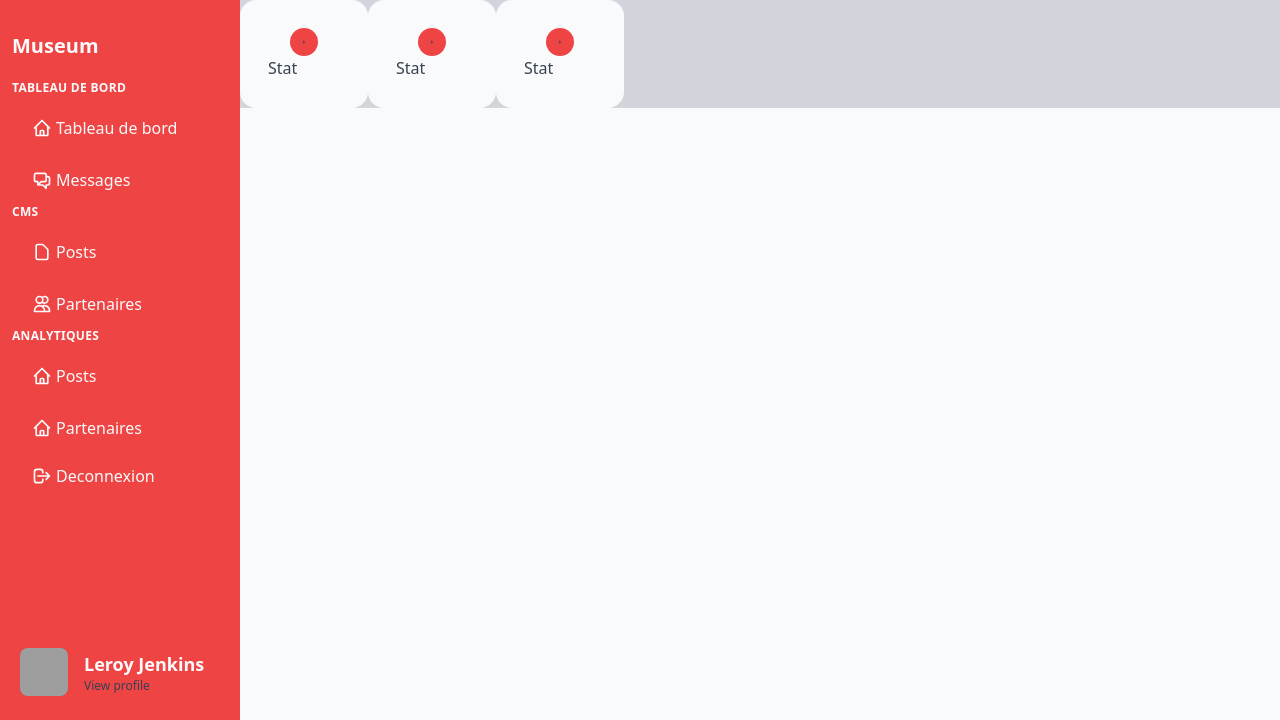
Repository: erulabs243/museum
Page: /dashboard
These files come from the project's save history. The page is drawn as it stood at one moment and after the next save; the edit follows.
The browser window is 1280 px wide. The pictures show the whole page.
Pictures or frames that could not be fetched are drawn as grey boxes. The project was rebuilt for these pictures with package versions that can differ from the ones it lists, and the page was loaded fresh each time. Also part of the build but not shown: vite.config.js, src/pages/admin/Home.jsx, src/components/atoms/headers/NavLink.jsx, src/components/atoms/headers/Button.jsx, src/components/atoms/TagBadge.jsx, src/components/atoms/MyAudioPlayer.jsx, src/components/atoms/MyVideoPlayer.jsx, src/components/atoms/MediaCard.jsx and 23 more.

Above is the page before, as saved 2022-08-10 20:36:11.

### index.html
<!DOCTYPE html>
<html lang="en">
  <head>
    <meta charset="UTF-8" />
    <link rel="icon" type="image/svg+xml" href="/vite.svg" />
    <link rel="stylesheet" href="src/theme/App.css">
    <meta name="viewport" content="width=device-width, initial-scale=1.0" />
    <title>Museum...</title>
  </head>
  <body class="bg-gray-50">
    <div id="root"></div>
    <script type="module" src="/src/main.jsx"></script>
  </body>
</html>

### src/App.jsx
'use strict';

import { BrowserRouter, Route, Routes } from 'react-router-dom';
import { AdminRoutes, CommonsRoutes, UserRoutes, AuthRoutes } from './routes';

const App = () => {
    return (
        <BrowserRouter>
            <Routes>
                {AuthRoutes.map((route) => (
                    <Route path={route.path} key={route.path} element={route.element} />
                ))}
                {UserRoutes.map((route) => (
                    <Route path={route.path} key={route.path} element={route.element} />
                ))}
                {AdminRoutes.map((route) => (
                    <Route path={route.path} key={route.path} element={route.element} />
                ))}
                {CommonsRoutes.map((route) => (
                    <Route path={route.path} key={route.path} element={route.element} />
                ))}
            </Routes>
        </BrowserRouter>
    );
};

export default App;

### src/routes/index.jsx
'use strict';

import AdminRoutes from "./AdminRoutes";
import CommonsRoutes from "./CommonsRoutes";
import UserRoutes from "./UserRoutes";
import AuthRoutes from "./AuthRoutes";

export {UserRoutes, AdminRoutes, CommonsRoutes, AuthRoutes};

### src/routes/AdminRoutes.jsx
'use strict';

import { Contact, Dashboard, Post } from '../pages/admin';

const AdminRoutes = [
    {
        path: '/dashboard',
        element: <Dashboard />
    },
    {
        path: '/post',
        element: <Post />
    },
    {
        path: '/contacts',
        element: <Contact />
    }
];

export default AdminRoutes;

### src/routes/CommonsRoutes.jsx
'use strict';

import { NotFound } from '../pages/commons';

const CommonsRoutes = [
    {
        path: '*',
        element: <NotFound />
    }
];

export default CommonsRoutes;

### src/routes/UserRoutes.jsx
'use strict';

import {
    About,
    Contact,
    Gallery,
    Home,
    Library,
    Podcast,
    Story,
    Testimonials,
    Videos
} from '../pages/user';

const UserRoutes = [
    {
        path: '/',
        element: <Home />
    },
    {
        path: '/contact',
        element: <Contact />
    },
    {
        path: '/library',
        element: <Library />
    },
    {
        path: '/stories',
        element: <Testimonials />
    },
    {
        path: '/stories/:slug',
        element: <Story />
    },
    {
        path: '/gallery',
        element: <Gallery />
    },
    {
        path: '/videos',
        element: <Videos />
    },
    {
        path: '/podcast',
        element: <Podcast />
    },
    {
        path: '/about',
        element: <About />
    }
];

export default UserRoutes;

### src/routes/AuthRoutes.jsx
'use strict';

import { Login } from '../pages/auth';

const AuthRoutes = [
    {
        path: '/login',
        element: <Login />
    }
];

export default AuthRoutes;

### src/pages/admin/index.jsx
'use strict';

import Home from './Home';
import Dashboard from './Dashboard';
import Contact from './Contact';
import Post from './Post';

export { Home, Dashboard, Contact, Post };

### src/pages/commons/index.jsx
'use strict';

import NotFound from './NotFound';

export { NotFound };

### src/pages/user/index.jsx
'use strict';

import Blog from './Blog';
import Contact from './Contact';
import Gallery from './Gallery';
import Library from './Library';
import Podcast from './Podcast';
import Testimonials from './Testimonials';
import Videos from './Videos';
import Home from './Home';
import Story from './Story';
import About from './About';

export { Home, Blog, Contact, Gallery, Library, Podcast, Testimonials, Videos, Story, About };

### src/pages/auth/index.jsx
'use strict';

import Login from "./Login";

export {Login};

### src/pages/admin/Dashboard.jsx
'use strict';

import { OverviewStat } from '../../components/atoms';
import { AdminSidebar } from '../../components/sections';

const Dashboard = () => {
    return (
        <main className="bg-gray-300 flex flex-row">
            <AdminSidebar />

            <aside className="flex flex-row">
                <div className="w-60"></div>
                <div>
                    {/* OVERVIEW */}
                    <section className="flex flex-row justify-between w-full">
                        {[...Array(3)].map((elt, idx) => (
                            <OverviewStat key={idx} />
                        ))}
                    </section>
                </div>
            </aside>
        </main>
    );
};

export default Dashboard;

### src/components/atoms/index.jsx
'use strict';

import NavLink from './headers/NavLink';
import Button from './headers/Button';
import TagBadge from './TagBadge';
import MyAudioPlayer from './MyAudioPlayer';
import MyVideoPlayer from './MyVideoPlayer';
import MediaCard from './MediaCard';
import OverviewStat from './OverviewStat';

export { Button, NavLink, TagBadge, MyAudioPlayer, MyVideoPlayer, MediaCard, OverviewStat };

### src/components/sections/index.jsx
'use strict';

import Navbar from './Navbar';
import Footer from './Footer';
import Testimonial from './Testimonial';
import LibraryHeader from './LibraryHeader';
import Pagination from './Pagination';
import Article from './Article';
import Image from './Image';
import Modal from './Modal';
import AdminSidebar from './AdminSidebar';

export {
    Navbar,
    Footer,
    Testimonial,
    LibraryHeader,
    Pagination,
    Article,
    Image,
    Modal,
    AdminSidebar
};

### src/components/atoms/OverviewStat.jsx
'use strict';

import { UserAddIcon } from '@heroicons/react/solid';

const OverviewStat = () => {
    return (
        <div className="w-32 bg-gray-50 rounded-2xl p-7 text-gray-700">
            <UserAddIcon className="w-7 h-7 mx-auto p-3 bg-red-500 rounded-full" />
            <h1>Stat</h1>
        </div>
    );
};

export default OverviewStat;

### src/components/sections/AdminSidebar.jsx
'use strict';

import {
    HomeIcon,
    LogoutIcon,
    ChatAlt2Icon,
    DocumentIcon,
    UsersIcon
} from '@heroicons/react/outline';
import { Link } from 'react-router-dom';

const AdminSidebar = () => {
    return (
        <div className="flex flex-col h-screen p-3 w-60 bg-red-500 text-gray-50 fixed top-0">
            <div className="flex flex-col py-5 font-semibold text-xl">
                <Link to="/dashboard" className="text-gray-50">
                    Museum
                </Link>
            </div>

            <div className="space-y-2">
                <h2 className="text-xs font-semibold tracking-wide uppercase dark:text-gray-700">
                    Tableau de bord
                </h2>
                <div className="flex flex-col space-y-1">
                    <a
                        rel="noopener noreferrer"
                        href="#"
                        className="flex flex-row items-center py-3 px-5 rounded-lg hover:bg-gray-700">
                        <HomeIcon className="w-5 h-5 mr-1" />
                        <span>Tableau de bord</span>
                    </a>
                    <a
                        rel="noopener noreferrer"
                        href="#"
                        className="flex flex-row items-center py-3 px-5 rounded-lg hover:bg-gray-700">
                        <ChatAlt2Icon className="w-5 h-5 mr-1" />
                        <span>Messages</span>
                    </a>
                </div>
            </div>
            <div className="space-y-2">
                <h2 className="text-xs font-semibold tracking-wide uppercase dark:text-gray-700">
                    CMS
                </h2>
                <div className="flex flex-col space-y-1">
                    <a
                        rel="noopener noreferrer"
                        href="#"
                        className="flex flex-row items-center py-3 px-5 rounded-lg hover:bg-gray-700">
                        <DocumentIcon className="w-5 h-5 mr-1" />
                        <span>Posts</span>
                    </a>
                    <a
                        rel="noopener noreferrer"
                        href="#"
                        className="flex flex-row items-center py-3 px-5 rounded-lg hover:bg-gray-700">
                        <UsersIcon className="w-5 h-5 mr-1" />
                        <span>Partenaires</span>
                    </a>
                </div>
            </div>
            <div className="space-y-2">
                <h2 className="text-xs font-semibold tracking-wide uppercase dark:text-gray-700">
                    Analytiques
                </h2>
                <div className="flex flex-col space-y-1">
                    <a
                        rel="noopener noreferrer"
                        href="#"
                        className="flex flex-row items-center py-3 px-5 rounded-lg hover:bg-gray-700">
                        <HomeIcon className="w-5 h-5 mr-1" />
                        <span>Posts</span>
                    </a>
                    <a
                        rel="noopener noreferrer"
                        href="#"
                        className="flex flex-row items-center py-3 px-5 rounded-lg hover:bg-gray-700">
                        <HomeIcon className="w-5 h-5 mr-1" />
                        <span>Partenaires</span>
                    </a>
                </div>
            </div>
            <div className="space-y-2">
                <div className="flex flex-col space-y-1">
                    <a
                        rel="noopener noreferrer"
                        href="#"
                        className="flex flex-row items-center py-3 px-5 rounded-lg hover:bg-gray-700">
                        <LogoutIcon className="w-5 h-5 mr-1" />
                        <span>Deconnexion</span>
                    </a>
                </div>
            </div>
            <div className="flex items-center p-2 mt-12 space-x-4 justify-self-end absolute bottom-4">
                <img
                    src="https://source.unsplash.com/100x100/?portrait"
                    alt=""
                    className="w-12 h-12 rounded-lg bg-gray-500"
                />
                <div>
                    <h2 className="text-lg font-semibold">Leroy Jenkins</h2>
                    <span className="flex items-center space-x-1">
                        <a
                            rel="noopener noreferrer"
                            href="#"
                            className="text-xs hover:underline text-gray-700">
                            View profile
                        </a>
                    </span>
                </div>
            </div>
        </div>
    );
};

export default AdminSidebar;

Loaded but not shown: src/main.jsx (common file); src/theme/App.css (2450 lines, source omitted)

After the next save:
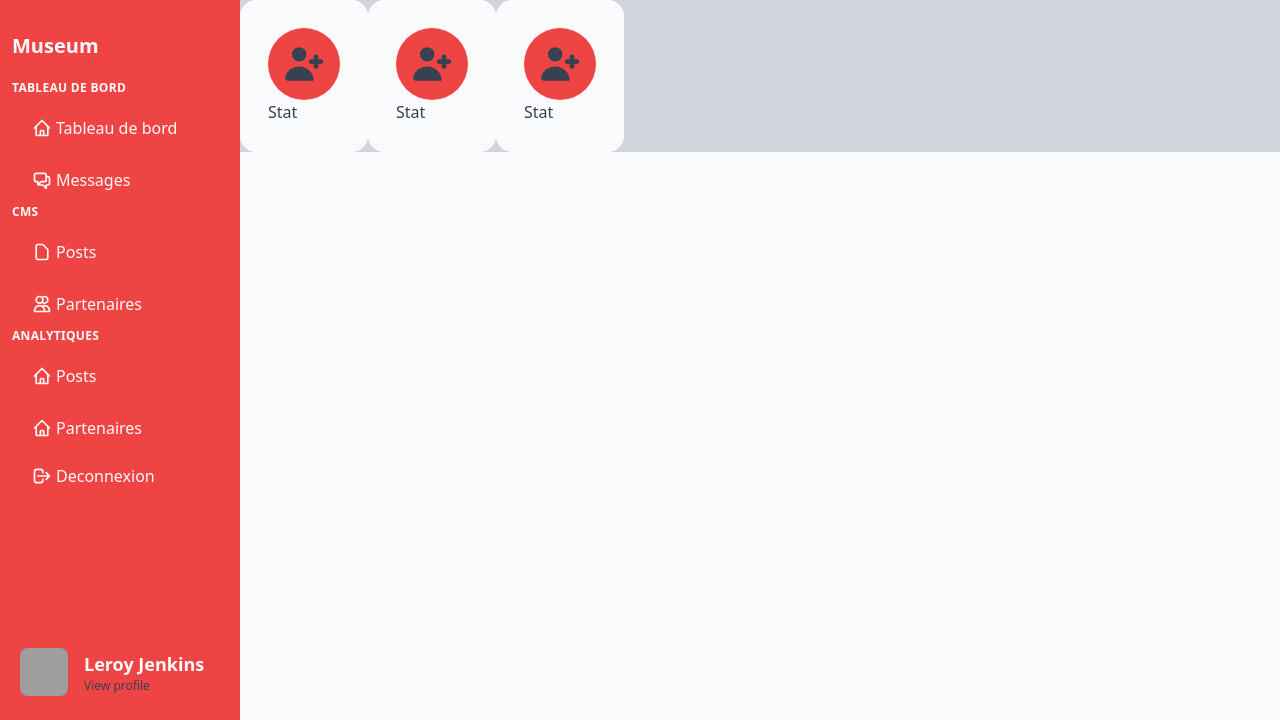
Saved 7 s later.
--- a/src/components/atoms/OverviewStat.jsx
+++ b/src/components/atoms/OverviewStat.jsx
@@ -5,7 +5,7 @@ import { UserAddIcon } from '@heroicons/react/solid';
 const OverviewStat = () => {
     return (
         <div className="w-32 bg-gray-50 rounded-2xl p-7 text-gray-700">
-            <UserAddIcon className="w-7 h-7 mx-auto p-3 bg-red-500 rounded-full" />
+            <UserAddIcon className=" mx-auto p-3 bg-red-500 rounded-full" />
             <h1>Stat</h1>
         </div>
     );
